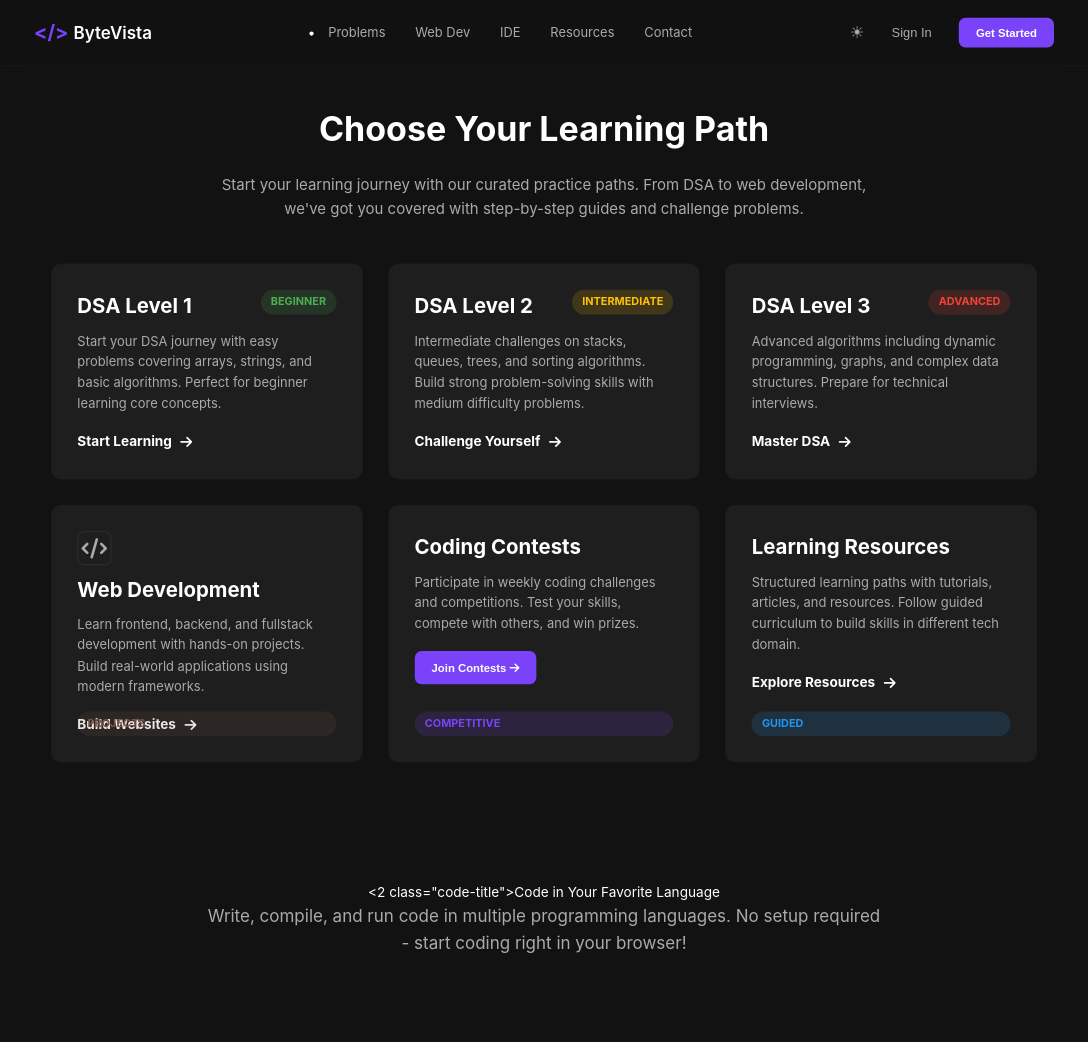
Repository: biswaranjansatapathy2005-lang/ByteVista
Page: frontend/course/course.html
The author's editor kept a copy of each file at every save. The page is drawn from the files as they stood at one save, then again after a run of saves.
The browser window is 1280 px wide. The pictures show the whole page, at 85% of full size.

Above is the page before, as saved 2025-12-13 04:13:40.

After the next 3 saves:
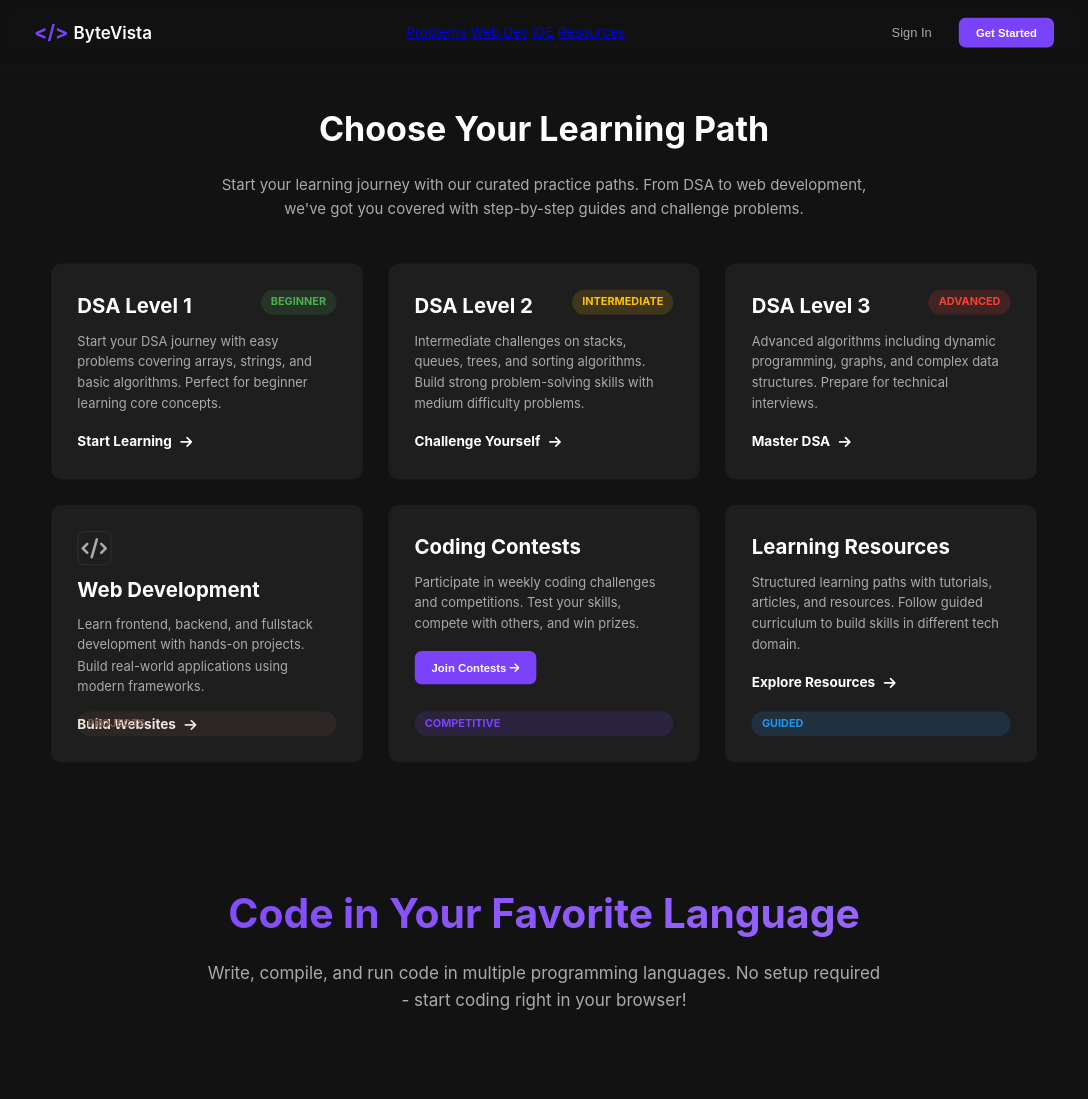
The 3 saves are shown as one change because they came seconds apart.
The last was saved 12 s later.
--- a/frontend/course/course.html
+++ b/frontend/course/course.html
@@ -9,26 +9,24 @@
 </head>
 <body>
     <header class="main-header">
-    <a href="#" class="brand-logo">
-        <span class="logo-icon">&lt;/&gt;</span>
-        <span class="logo-text">ByteVista</span>
-    </a>
+         <a href="#" class="brand-logo">
+                <span class="logo-icon">&lt;/&gt;</span>
+                <span class="logo-text">ByteVista</span>
+        <nav>
+            <ul>
 
-    <nav class="nav-links">
-       <li><a href="#">Problems</a></li>
-        <a href="#">Web Dev</a>
-        <a href="#">IDE</a>
-        <a href="#">Resources</a>
-        <a href="#">Contact</a>
-    </nav>
+                <a href="#">Problems</a>
+                <a href="#">Web Dev</a>
+                <a href="#">IDE</a>
+                <a href="#">Resources</a>
 
-    <div class="user-actions">
-        <button class="theme-toggle" aria-label="Toggle Theme">☀</button>
-        <button class="sign-in">Sign In</button>
-        <button class="get-started">Get Started</button>
-    </div>
-</header>
-
+            </ul>
+        </nav>
+        <div class="user-actions">
+            <button class="sign-in">Sign In</button>
+            <button class="get-started">Get Started</button>
+        </div>
+    </header>
     <script>
     const header = document.querySelector('.main-header');
 
@@ -120,7 +118,7 @@
     </section>
 
     <section class="code-section">
-        <2 class="code-title">Code in Your Favorite Language</h2>
+        <h2 class="code-title">Code in Your Favorite Language</h2>
         <p class="code-subtitle">
             Write, compile, and run code in multiple programming languages. No setup required - start coding right in your browser!
         </p>
